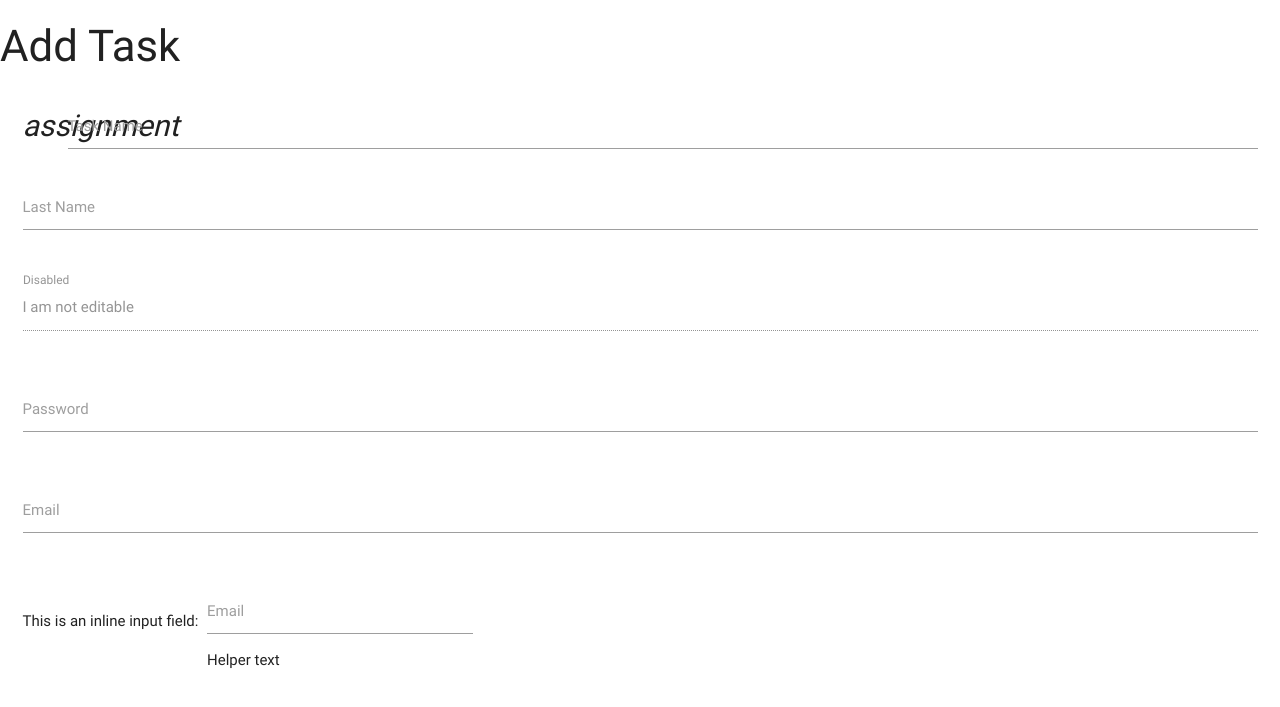
Repository: kalkiboru111/task-manager
Page: http://localhost/add_task
The author's editor kept a record of every edit. The page is drawn from the files as they stood at one moment, then again after the next edit.
The browser window is 1280 px wide. The pictures show the whole page.
The page is served by the project's application, run on Flask 3 (app.py).

Above is the page before.

### templates/addtask.html
{% extends 'base.html' %} {% block content %}

<h3>Add Task</h3>

<div class="row">
    <form action="" method="POST" class="col s12">
        <div class="row">
            <div class="input-field col s12">
                <i class="material icons prefix">assignment</i>
                <input id="task_name" name="task_name" type="text" class="validate">
                <label for="icon-prefix">Task Name</label>
            </div>
            <div class="input-field col s12">
                <input id="last_name" type="text" class="validate">
                <label for="last_name">Last Name</label>
            </div>
        </div>
        <div class="row">
            <div class="input-field col s12">
                <input disabled value="I am not editable" id="disabled" type="text" class="validate">
                <label for="disabled">Disabled</label>
            </div>
        </div>
        <div class="row">
            <div class="input-field col s12">
                <input id="password" type="password" class="validate">
                <label for="password">Password</label>
            </div>
        </div>
        <div class="row">
            <div class="input-field col s12">
                <input id="email" type="email" class="validate">
                <label for="email">Email</label>
            </div>
        </div>
        <div class="row">
            <div class="col s12">
                This is an inline input field:
                <div class="input-field inline">
                    <input id="email_inline" type="email" class="validate">
                    <label for="email_inline">Email</label>
                    <span class="helper-text" data-error="wrong" data-success="right">Helper text</span>
                </div>
            </div>
        </div>
    </form>
</div>

{% endblock %}

### templates/base.html
<!DOCTYPE html>
<html>

<head>
    <link href="https://fonts.googleapis.com/icon?family=Material+Icons" rel="stylesheet">
    <link rel="stylesheet" href="https://cdnjs.cloudflare.com/ajax/libs/materialize/0.100.2/css/materialize.min.css">
</head>

<body>
    {% block content %} {% endblock %}
    <script src="https://cdnjs.cloudflare.com/ajax/libs/jquery/3.4.1/jquery.min.js" integrity="sha256-CSXorXvZcTkaix6Yvo6HppcZGetbYMGWSFlBw8HfCJo=" crossorigin="anonymous"></script>
    <script src="https://cdnjs.cloudflare.com/ajax/libs/materialize/0.100.2/js/materialize.min.js"></script>
    <script type="text/javascript">
        $(document).ready(function() {
            $('.collapsible').collapsible();
        })
    </script>
</body>

</html>

### app.py
import os
from flask import Flask, render_template, request, redirect, url_for
from flask_pymongo import PyMongo
from bson.objectid import ObjectId


app = Flask(__name__)

app.config["MONGO_DBNAME"] = "task manager"
app.config["MONGO_URI"] = "mongodb+srv://root:83ZQythXiDEUTHCq@myfirstcluster-qstcj.mongodb.net/task_manager?retryWrites=true&w=majority"

mongo = PyMongo(app)

@app.route('/')
@app.route('/get_tasks')
def get_tasks():
    return render_template("tasks.html", tasks=mongo.db.tasks.find())

@app.route('/add_task')
def add_task():
    return render_template("addtask.html")

if __name__ == '__main__':
    app.run(host=os.environ.get('IP'),
    port=int(os.environ.get('PORT')),
    debug=True)

After the next edit:
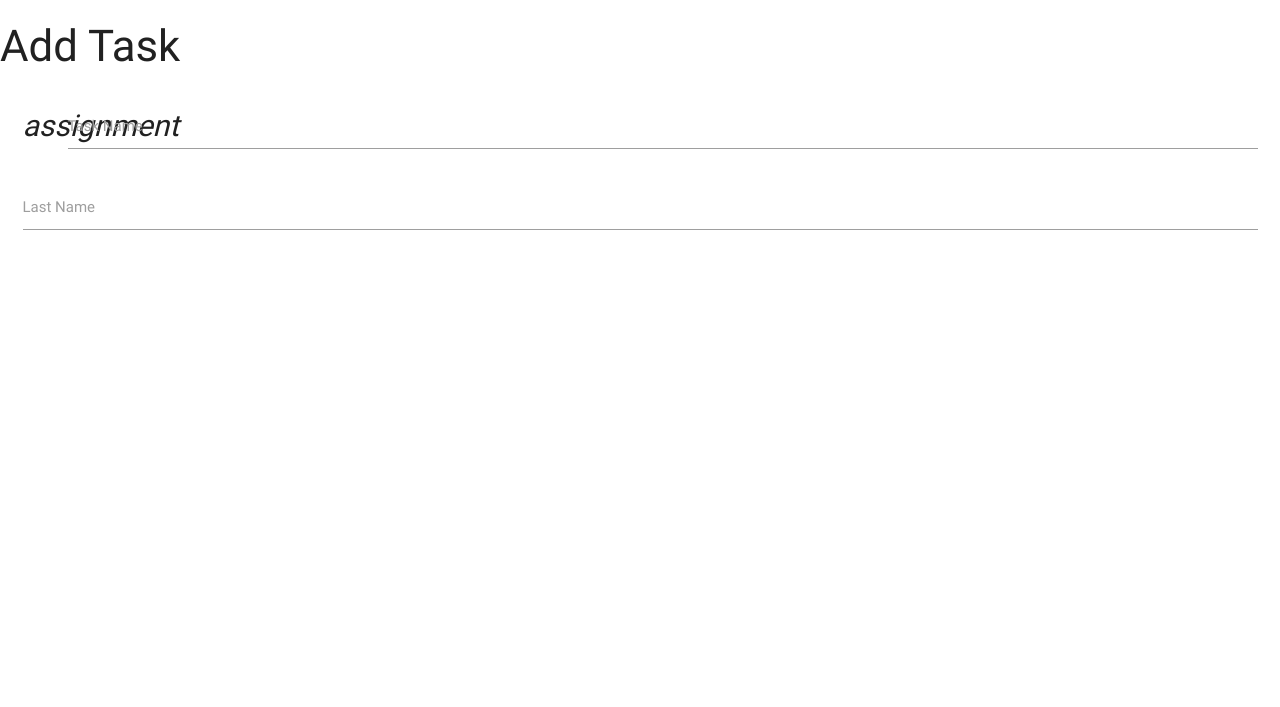
The edit:
--- a/templates/addtask.html
+++ b/templates/addtask.html
@@ -15,34 +15,6 @@
                 <label for="last_name">Last Name</label>
             </div>
         </div>
-        <div class="row">
-            <div class="input-field col s12">
-                <input disabled value="I am not editable" id="disabled" type="text" class="validate">
-                <label for="disabled">Disabled</label>
-            </div>
-        </div>
-        <div class="row">
-            <div class="input-field col s12">
-                <input id="password" type="password" class="validate">
-                <label for="password">Password</label>
-            </div>
-        </div>
-        <div class="row">
-            <div class="input-field col s12">
-                <input id="email" type="email" class="validate">
-                <label for="email">Email</label>
-            </div>
-        </div>
-        <div class="row">
-            <div class="col s12">
-                This is an inline input field:
-                <div class="input-field inline">
-                    <input id="email_inline" type="email" class="validate">
-                    <label for="email_inline">Email</label>
-                    <span class="helper-text" data-error="wrong" data-success="right">Helper text</span>
-                </div>
-            </div>
-        </div>
     </form>
 </div>
 
